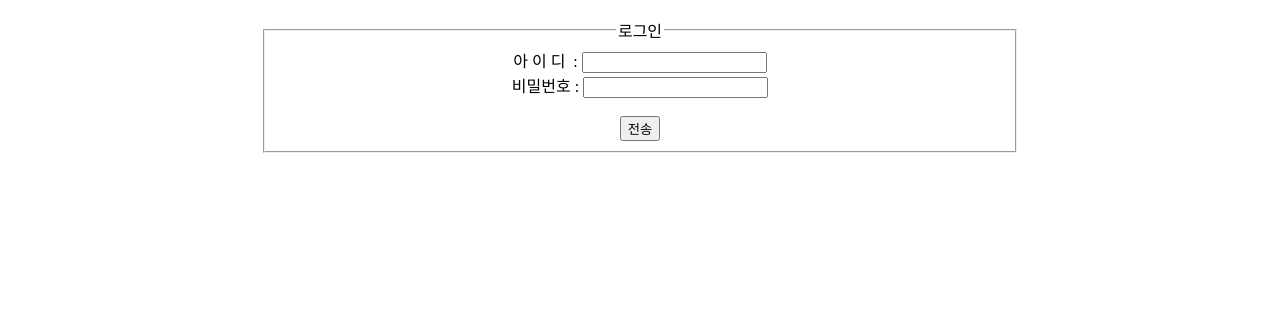
Repository: iwanttogohomenow/jspwork
Page: http://localhost/second/12_01_validation01.jsp
These files come from the project's save history. The page is drawn as it stood at one moment and after the next save; the edit follows.
The browser window is 1280 px wide. The pictures show the whole page.
The page is served by Tomcat 9. Other server files are loaded and not shown.

Above is the page before, as saved 2023-03-09 06:04:30.
Console error: SyntaxError: Unexpected token '{'

### second/src/main/webapp/12_01_validation01.jsp
<%@ page language="java" contentType="text/html; charset=UTF-8"
	pageEncoding="UTF-8"%>

<!DOCTYPE html>
<html>
<head>
<meta charset="UTF-8">
<title>Validation</title>
<!--파비콘(해당 사이트를 나타내는 아이콘)에러 시 -->
<!-- <link rel="shortcut icon" href="data:[embedded picture, 17 characters]" type="image/x-icon"> -->
<link rel="shortcut icon" href="./img/globe.png">
<style>
form {
	width: 60%;
	margin: 0 auto;
	padding: 10px;
	text-align: center;
}
</style>
</head>
<body>
	<form name="loginForm" action="12_01_validation_process.jsp"
		method="post">
		<fieldset>
			<legend>로그인</legend>
			<label for="uid">아 이 디&nbsp;&nbsp;:</label>
			<input type="text" name="id" id="uid" required><br>
			<label for="upw">비밀번호&nbsp;:</label>
			<input type="password" name="passwd" id="upw" required><br>
			<br>
			<!-- <input type="submit" value="전송" onsubmit="return checklogin();"> -->
			<input type="button" value="전송" onclick="checkLogin()">

		</fieldset>
	</form>
	<script>
function checkLogin() {

	var form=document.loginForm;
	/*FORM태그 전부 name을 지정하면 편하게 끌어올 수 있음 */

	if (form.id.value == "" {
		alert("아이디를 입력해 주세요.");
		form.id.focus();
		return false;
		/*  */

	}else if (form.passwd.value == "") {
		alert("비밀번호를 입력해 주세요");
		form.passwd.focus();
		return false;

	}console.log("값 가져오기");
	console.log("아이디: "+document.loginForm.id.value + "\n" + "비밀번호 :"+document.loginForm.passwd.value);
	form.submit();

}

</script>

</body>
</html>

After the next save:
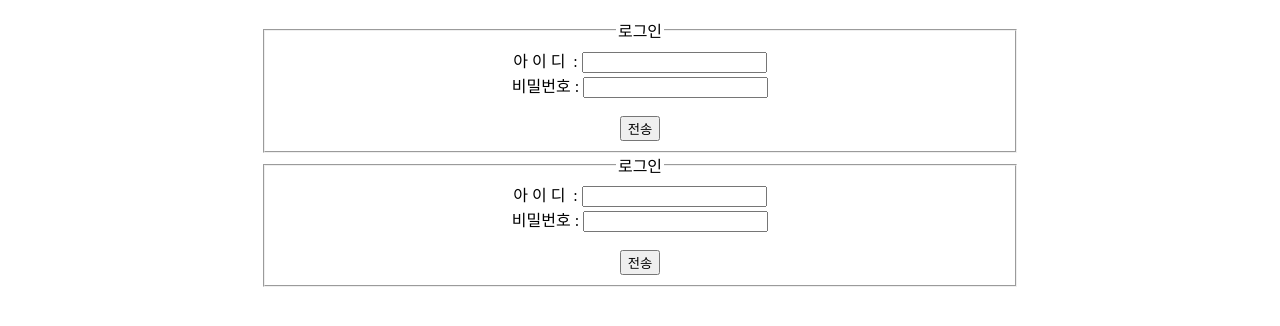
Saved 5 min 7 s later.
--- a/second/src/main/webapp/12_01_validation01.jsp
+++ b/second/src/main/webapp/12_01_validation01.jsp
@@ -21,6 +21,7 @@ form {
 <body>
 	<form name="loginForm" action="12_01_validation_process.jsp"
 		method="post">
+
 		<fieldset>
 			<legend>로그인</legend>
 			<label for="uid">아 이 디&nbsp;&nbsp;:</label>
@@ -32,11 +33,29 @@ form {
 			<input type="button" value="전송" onclick="checkLogin()">
 
 		</fieldset>
+		<form>
+
+		<fieldset>
+			<legend>로그인</legend>
+			<label for="uid">아 이 디&nbsp;&nbsp;:</label>
+			<input type="text" name="id" id="uid" required><br>
+			<label for="upw">비밀번호&nbsp;:</label>
+			<input type="password" name="passwd" id="upw" required><br>
+			<br>
+			<!-- <input type="submit" value="전송" onsubmit="return checklogin();"> -->
+			<input type="button" value="전송" onclick="checkLogin()">
+
+		</fieldset>
+
 	</form>
 	<script>
 function checkLogin() {
 
 	var form=document.loginForm;
+	/* var form=document.forms[0];
+	0번->첫번째 form을 끌어옴
+	/ar form=document.forms[1];
+	name없을 때 두번째 form을 끌어올 수 있는 방법*/
 	/*FORM태그 전부 name을 지정하면 편하게 끌어올 수 있음 */
 
 	if (form.id.value == "" {
